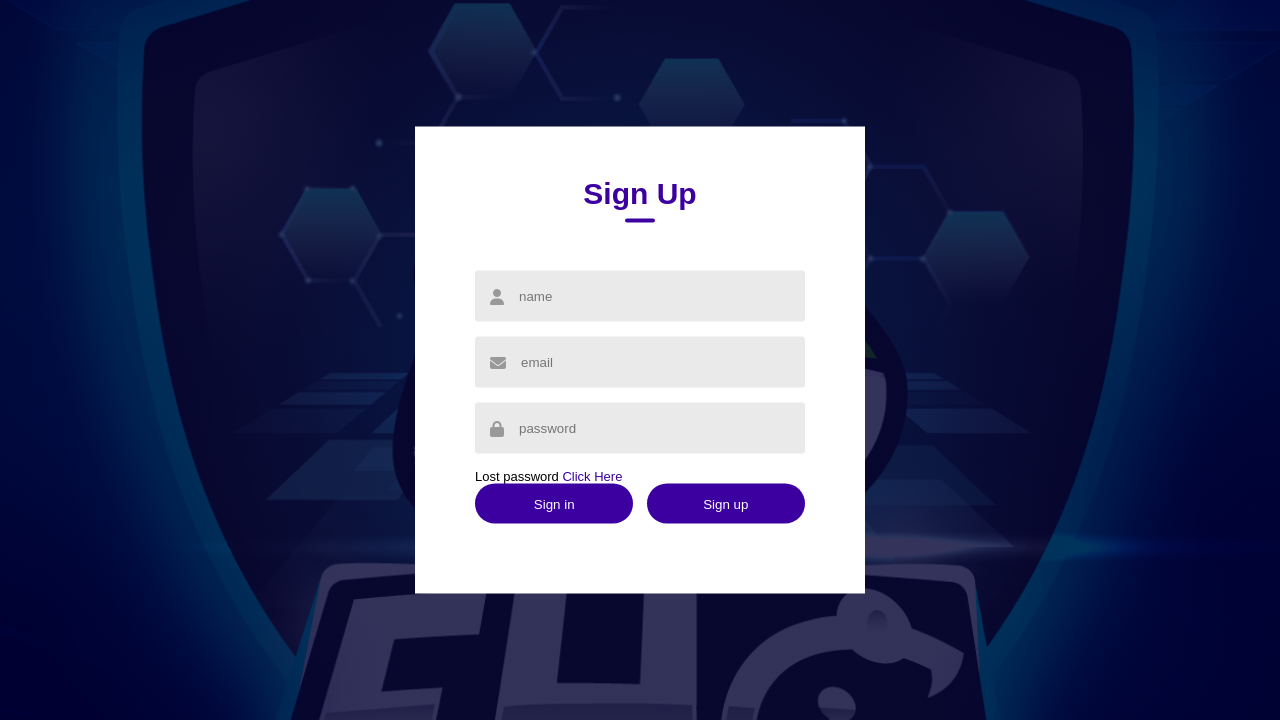
Repository: vietanhlek48/loginProject
Page: index.html
The author's editor kept a copy of each file at every save. The page is drawn from the files as they stood at one save, then again after the next save.
The browser window is 1280 px wide. The pictures show the whole page.
Some web libraries are served in a nearby version.

Above is the page before, as saved 2023-02-16 01:02:11.

After the next save:
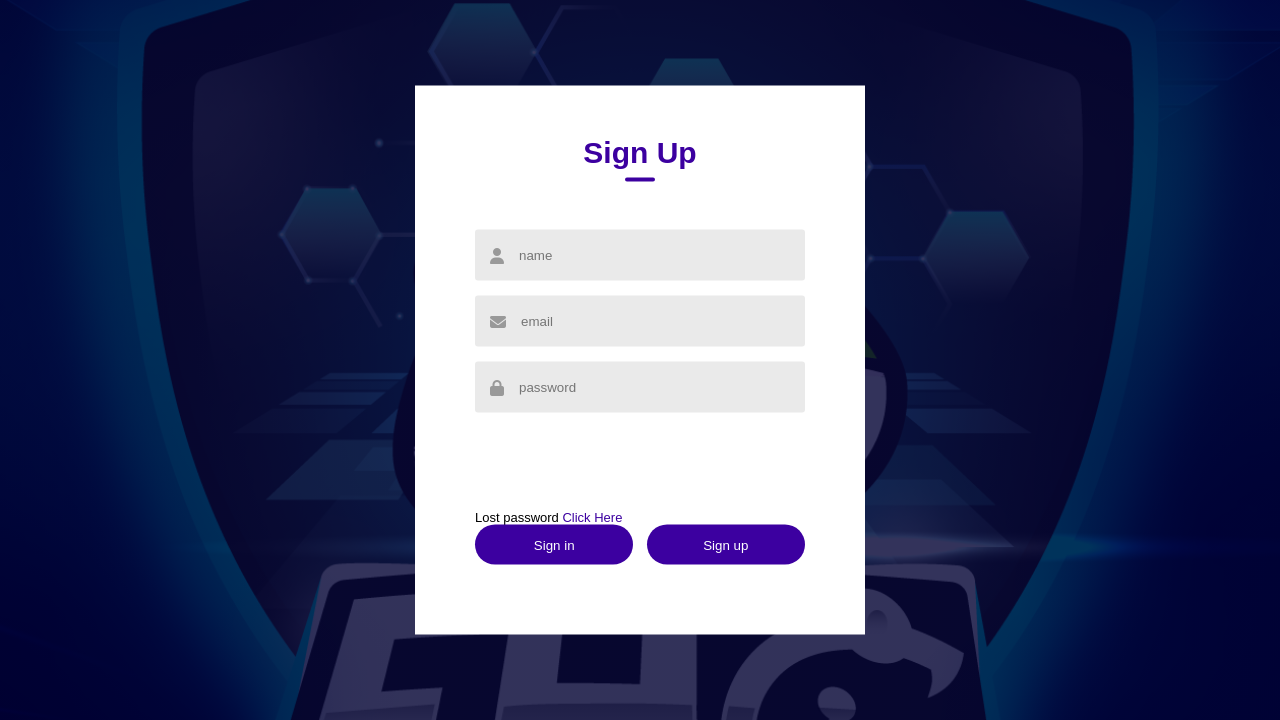
Saved 52 s later.
--- a/style.css
+++ b/style.css
@@ -93,3 +93,8 @@ form p a{
     cursor: pointer;
     transition: background 1s;
 }
+
+.input-group{
+    height: 280px;
+
+}
